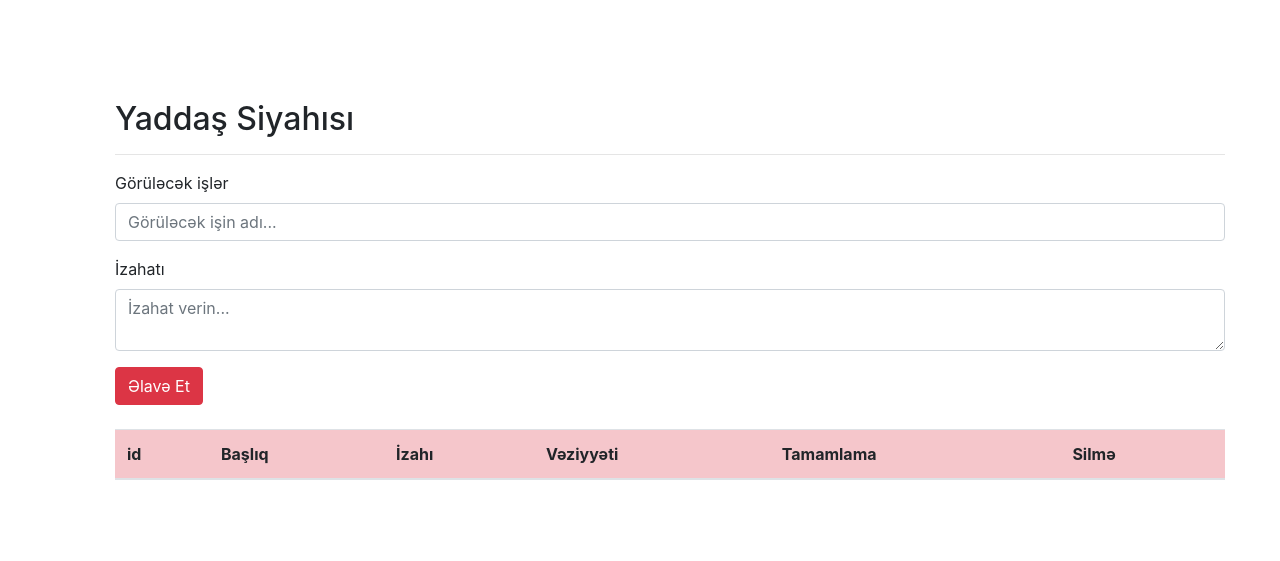
Repository: elvinyeka/ToDoApp
Page: http://localhost/
The author's editor kept a copy of each file at every save. The page is drawn from the files as they stood at one save, then again after the next save.
The browser window is 1280 px wide. The pictures show the whole page.
Some web libraries are served in a nearby version. The page is served by the project's application, run on Flask 3 (todo.py). Queries for data that is not in the repository find no rows.

Above is the page before, as saved 2020-09-27 21:49:56.

### templates/index.html
<!DOCTYPE html>
<html lang="en">

<head>
    <meta charset="UTF-8">
    <meta name="viewport" content="width=device-width, initial-scale=1.0">
    <link rel="stylesheet" href="https://maxcdn.bootstrapcdn.com/bootstrap/4.0.0/css/bootstrap.min.css" integrity="sha384-Gn5384xqQ1aoWXA+058RXPxPg6fy4IWvTNh0E263XmFcJlSAwiGgFAW/dAiS6JXm" crossorigin="anonymous">
    <title>ToDoApp</title>
</head>

<body>
    <div style="margin: 100px;" class="container">
        <h2>Yaddaş Siyahısı</h2>
        <hr>
        <form action="/add" method="POST">
            <div class="form-group">
                <label for="todolist">Görüləcək işlər</label>
                <input type="text" name="title" class="form-control" id="todolist" placeholder="Görüləcək işin adı...">
            </div>
            <div class="form-group">
                <label for="explanation">İzahatı</label>
                <textarea type="text" name="content" class="form-control" id="explanation" placeholder="İzahat verin..."></textarea>
            </div>

            <button type="submit" class="btn btn-danger">Əlavə Et</button>
        </form>
        <br>

        <table class="table table-hover">
            <thead class="table-danger">
                <tr>
                    <th scope="col">id</th>
                    <th scope="col">Başlıq</th>
                    <th scope="col">İzahı</th>
                    <th scope="col">Vəziyyəti</th>
                    <th scope="col">Tamamlama</th>
                    <th scope="col">Silmə</th>
                </tr>
            </thead>
            <tbody>
                {% for todo in todos %}
                <tr>
                    <th scope="row">{{todo.id}}</th>
                    <td>{{todo.title}}</td>
                    <td>{{todo.content}}</td>
                    {% if todo.complete == False %}
                        <td>Tamamlanmayıb!</td>
                    {% else %}
                        <td>Tamamlanıb!</td>
                    {% endif %}
                    <td>
                        <a href="/complete/{{todo.id}}" class="btn btn-danger">Tamamla</a>
                    </td>
                    <td>
                        <a href="/delete/{{todo.id}}" class="btn btn-danger">Sil</a>
                    </td>
                </tr>
                {% endfor %}
            </tbody>


        </table>
    </div>


    <script src="https://code.jquery.com/jquery-3.2.1.slim.min.js" integrity="sha384-KJ3o2DKtIkvYIK3UENzmM7KCkRr/rE9/Qpg6aAZGJwFDMVNA/GpGFF93hXpG5KkN" crossorigin="anonymous"></script>
    <script src="https://cdnjs.cloudflare.com/ajax/libs/popper.js/1.12.9/umd/popper.min.js" integrity="sha384-ApNbgh9B+Y1QKtv3Rn7W3mgPxhU9K/ScQsAP7hUibX39j7fakFPskvXusvfa0b4Q" crossorigin="anonymous"></script>
    <script src="https://maxcdn.bootstrapcdn.com/bootstrap/4.0.0/js/bootstrap.min.js" integrity="sha384-JZR6Spejh4U02d8jOt6vLEHfe/JQGiRRSQQxSfFWpi1MquVdAyjUar5+76PVCmYl" crossorigin="anonymous"></script>
</body>

</html>

### todo.py
from flask import Flask,render_template,request,redirect,url_for
from flask_sqlalchemy import SQLAlchemy

app = Flask(__name__)
app.config['SQLALCHEMY_DATABASE_URI'] = 'sqlite:////Users/Elvin/Desktop/ToDoApp/todo.db'
db = SQLAlchemy(app)

@app.route("/")
def index():
    todos = Todo.query.all()

    return render_template("index.html",todos = todos)

@app.route("/add", methods=["POST"])
def addTodo():
    title = request.form.get("title")
    content = request.form.get("content")

    newTodo = Todo(title=title,content=content, complete=False)

    db.session.add(newTodo)
    db.session.commit()
    return redirect(url_for("index"))

@app.route("/complete/<string:id>")
def completeTodo(id):
    todo = Todo.query.filter_by(id=id).first()
    if (todo.complete == False):
        todo.complete = True
    else:
        todo.complete = False

    db.session.commit()
    return redirect(url_for("index"))

@app.route("/delete/<string:id>")
def deleteTodo(id):
    todo = Todo.query.filter_by(id=id).first()
    db.session.delete(todo)
    db.session.commit()
    return redirect(url_for("index"))

class Todo(db.Model):

    id = db.Column(db.Integer,primary_key=True)
    title = db.Column(db.String(80))
    content = db.Column(db.Text)
    complete = db.Column(db.Boolean)


if __name__ == "__main__":
    app.run(debug=True)

After the next save:
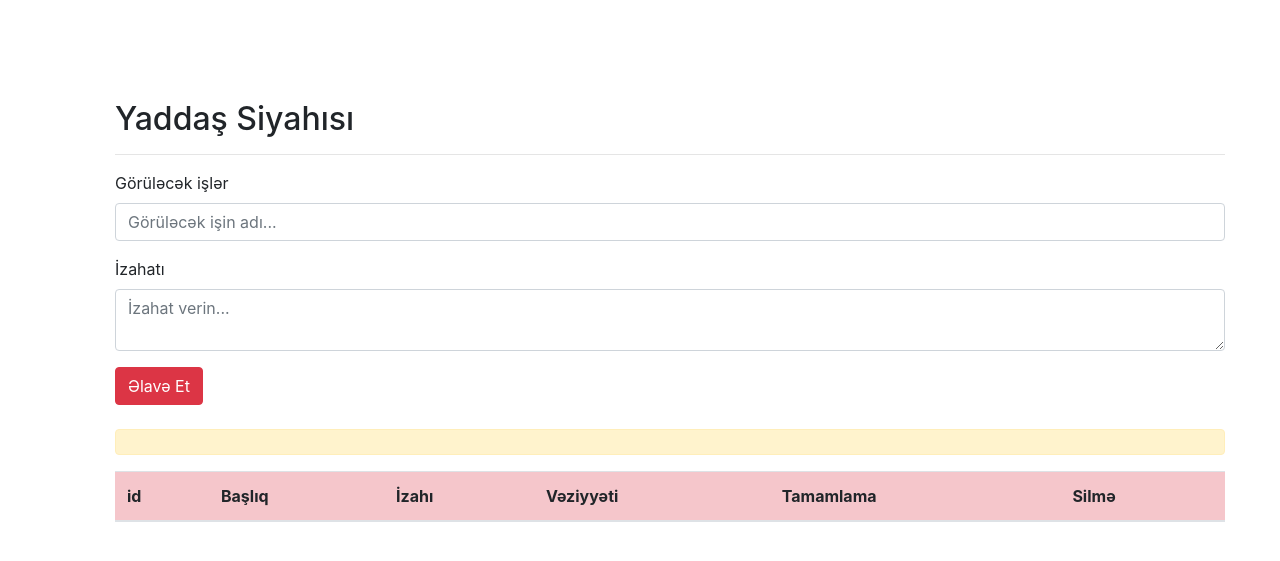
Saved 46 min 32 s later.
--- a/templates/index.html
+++ b/templates/index.html
@@ -24,7 +24,13 @@
 
             <button type="submit" class="btn btn-danger">Əlavə Et</button>
         </form>
-        <br>
+        <br> {% if todos == [] %}
+
+        <div class="alert alert-warning">
+
+        </div>
+
+        {% else %} {% endif %}
 
         <table class="table table-hover">
             <thead class="table-danger">
@@ -44,9 +50,9 @@
                     <td>{{todo.title}}</td>
                     <td>{{todo.content}}</td>
                     {% if todo.complete == False %}
-                        <td>Tamamlanmayıb!</td>
+                    <td>Tamamlanmayıb!</td>
                     {% else %}
-                        <td>Tamamlanıb!</td>
+                    <td>Tamamlanıb!</td>
                     {% endif %}
                     <td>
                         <a href="/complete/{{todo.id}}" class="btn btn-danger">Tamamla</a>
